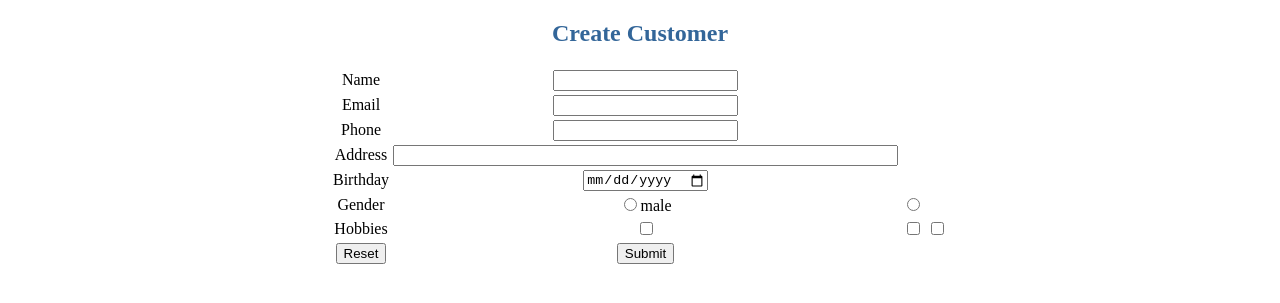
Repository: zoooolander/systex_prac_javaee
Page: http://localhost/myWeb/customer/createCustomer.jsp
An editor plug-in stored every save of this project. The page is shown before and after the next save, followed by the edit.
The browser window is 1280 px wide. The pictures show the whole page.
The page is served by Tomcat 10. Other server files are loaded and not shown.

Above is the page before, as saved 2024-09-19 02:26:44.

### myWeb/src/main/webapp/customer/createCustomer.jsp
<%@ page language="java" contentType="text/html; charset=UTF-8"
	pageEncoding="UTF-8"%>
<!DOCTYPE html>
<html>
<head>
<meta charset="UTF-8">
<title>Create Customer</title>
<link href="<%=request.getContextPath()%>>style/myStyle.css"
	rel="stylesheet"></link>
</head>
<body>
	<h2>Create Customer</h2>
	<form action="../admin/dump.view" method="post">
		<table border="0" style="margin: auto">
			<tbody>
				<tr>
					<td>Name</td>
					<td><input type="text" name="name" /></td>
				</tr>
				<tr>
					<td>Email</td>
					<td><input type="email" name="email" /></td>
				</tr>
				<tr>
					<td>Phone</td>
					<td><input type="text" name="telephone" /></td>
				</tr>
				<tr>
					<td>Address</td>
					<td><input type="text" name="address" size="60" /></td>
				</tr>
				<tr>
					<td>Birthday</td>
					<td><input type="date" name="birth" /></td>
				</tr>
				<tr>
					<td>Gender</td>
					<td><input type="radio" id=male name="gender" value="male" /><label
						for="male">male</label></td>
					<td><input type="radio" name="gender" value="female" /></td>
				</tr>
				<tr>
					<td>Hobbies</td>
					<td><input type="checkbox" name="habit" value="music" /></td>
					<td><input type="checkbox" name="habit" value="exercise" /></td>
					<td><input type="checkbox" name="habit" value="reading" /></td>
				</tr>
				<tr>
					<td><input type="reset" name="reset" /></td>
					<td><input type="submit" name="submit" /></td>
				</tr>
			</tbody>
		</table>
	</form>
</body>
</html>

### myWeb/src/main/webapp/style/myStyle.css
@charset "UTF-8";

body {
	text-align: center;
	margin: auto;
}

h1,h2 {
	color: #369;
}

After the next save:
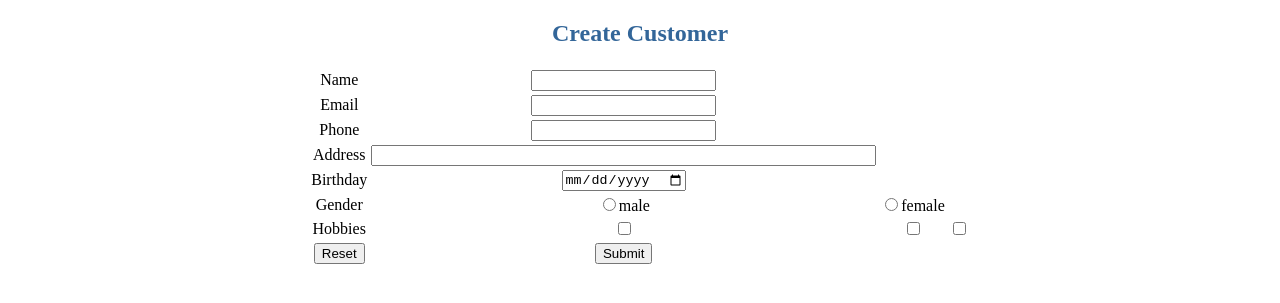
Saved 48 s later.
--- a/myWeb/src/main/webapp/customer/createCustomer.jsp
+++ b/myWeb/src/main/webapp/customer/createCustomer.jsp
@@ -37,7 +37,8 @@
 					<td>Gender</td>
 					<td><input type="radio" id=male name="gender" value="male" /><label
 						for="male">male</label></td>
-					<td><input type="radio" name="gender" value="female" /></td>
+					<td><input type="radio" id=female name="gender" value="female" /><label
+						for="female">female</label></td>
 				</tr>
 				<tr>
 					<td>Hobbies</td>
